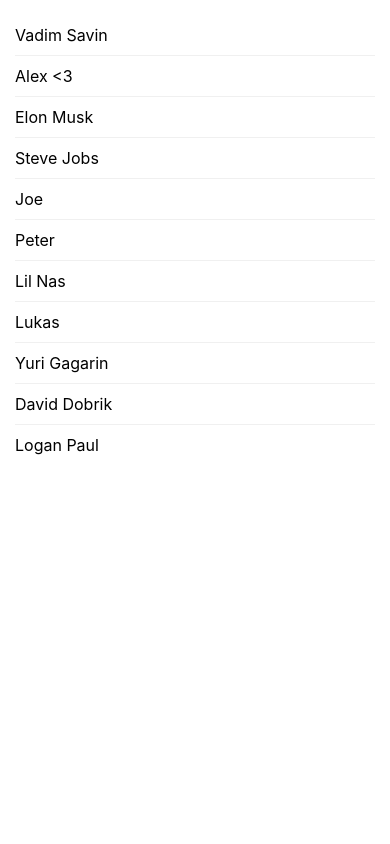
Repository: JennaFi/VideoCallApp
Screen: /
The author's editor kept a copy of each file at every save. The screen is drawn from the files as they stood at one save, then again after the next save.
The app was drawn by React Native's web renderer in a window 390 px wide. The project was rebuilt for these pictures with package versions that can differ from the ones it lists, and the page was loaded fresh each time.

Above is the screen before, as saved 2022-01-06 01:28:30.

After the next save:
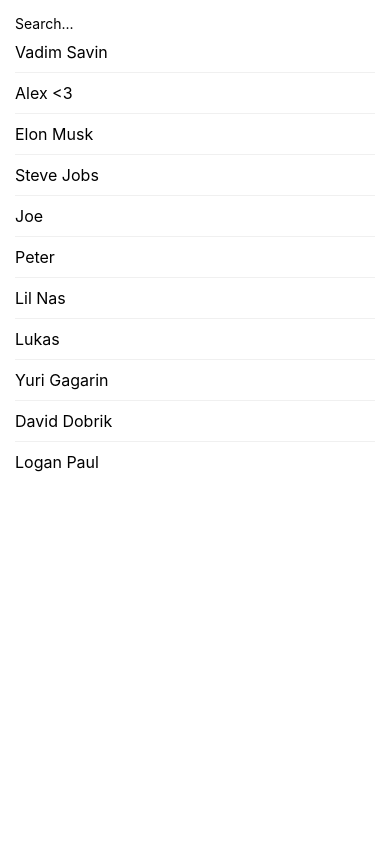
Saved 5 days later.
--- a/src/screens/ContactsScreen/index.js
+++ b/src/screens/ContactsScreen/index.js
@@ -1,11 +1,12 @@
 import React from 'react'
-import { FlatList, StyleSheet, Text, View } from 'react-native'
+import { FlatList, StyleSheet, Text, TextInput, View } from 'react-native'
 import contacts from '../../../assets/data/contacts.json'
 
 
 const ContactsScreen = () => {
   return (
     <View style={styles.page}>
+      <TextInput placeholder='Search...' />
       <FlatList
         data = {contacts}
         renderItem={({item}) => (
